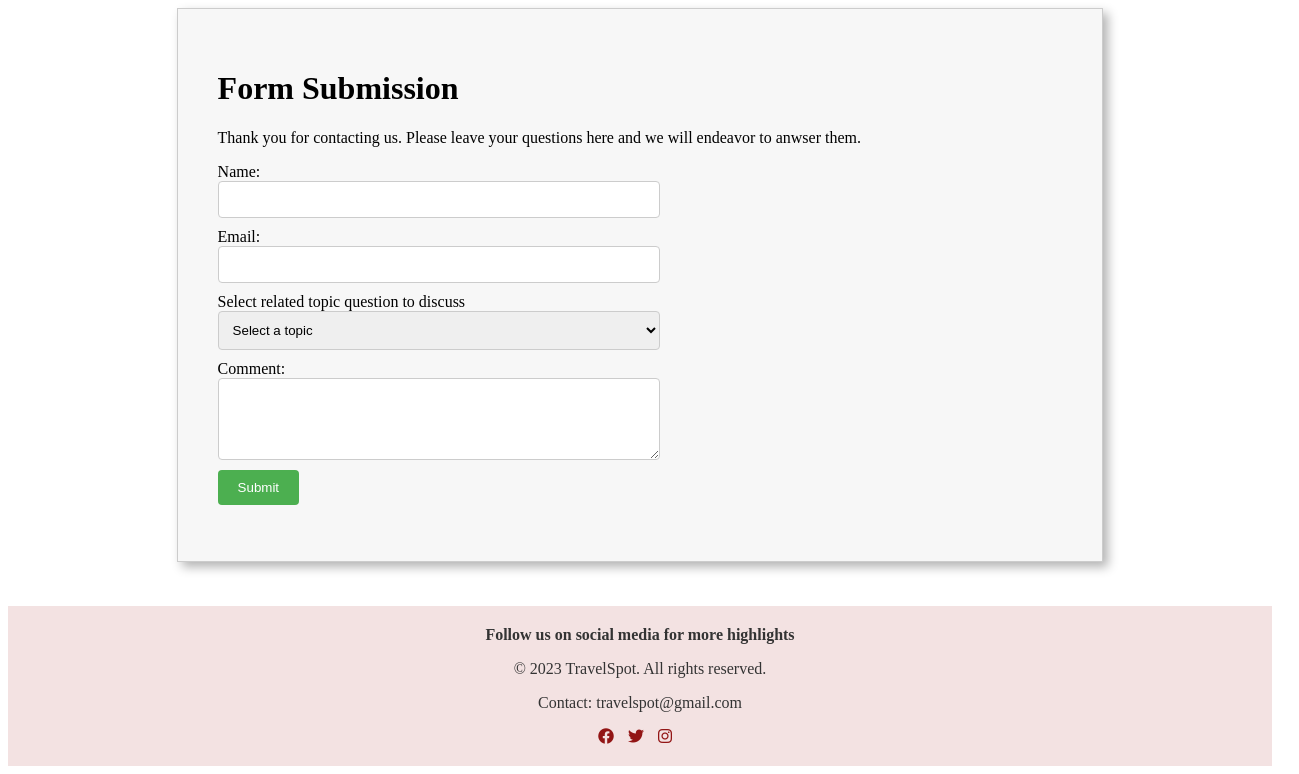
Repository: vRia4/INST728J-Victoria-Nathaniel
Page: Project/info.html
The author's editor kept a copy of each file at every save. The page is drawn from the files as they stood at one save, then again after a run of saves.
The browser window is 1280 px wide. The page is 1280 px wide, then 1299 px, so the pictures cover 1299 px, including what lies to the right of the window. The pictures show the whole page.

Above is the page before, as saved 2023-08-11 16:05:04.

### Project/info.html
<html>
	<head>
		<title>Contact Us</title>
		<link rel="stylesheet" href="https://cdnjs.cloudflare.com/ajax/libs/font-awesome/6.0.0-beta3/css/all.min.css">
    	<script type = "text/javascript">

			function validate() {

				if( document.myForm.flName.value == "" ) {
					alert( "Please provide your first name!" );
					document.myForm.flName.focus() ;
					return false;
				}
				if( document.myForm.Email.value == "" ) {
					alert( "Please provide your Email!" );
					document.myForm.Email.focus() ;
					return false;
				}
				if( document.myForm.topic.value == "-1" ) {
					alert( "Please provide your country!" );
					return false;
				}
				return( true );
                if( document.myForm.comment.value == "" ) {
					alert( "Please provide your comment!" );
					document.myForm.comment.focus() ;
					return false;
				}
			}
		</script>
		<style>
			/* html{
				background-image: url(image/sub.png);
				background-size: cover;
				background-repeat: no-repeat;
				height: 100vh;
			} */
			/* h1, .text1, th, td, table {
				margin-top: 20px;
				padding : 10px;
				margin-left: 15%;
			} */

			h2{
				font-family: "Helvetica Neue",Helvetica,Arial;
				font-size: 14px;
			}

			/* footer {
					background-color: #f3e2e2;
					padding: 20px;
					text-align: center;
					color: #333;
					font-size: 14px;
					margin-top: 20.5%;
					width: 100%;
					margin-right: 20%;
					padding-right: 0px;
				}

			/*footer .icons {
				margin-top: 0%;
			} */

            footer{
                background-color: #f3e2e2;
                max-width: 100%;
                padding-left: 1%;
            }

			footer .icons a {
				color: #921515;
				margin-right: 10px;
			}

            .wrapper{
            width: 70%;
            margin: 0 auto;
            padding: 20px;
            border: 1px solid #ccc;
            background-color: #f7f7f7;
            box-shadow: 5px 5px 10px rgba(0, 0, 0, 0.3);
            }
            .form-container {
            width: 100%;
            margin-left: auto;
            padding: 20px;
            /* border: 1px solid #ccc;
            background-color: #f7f7f7;
            box-shadow: 5px 5px 10px rgba(0, 0, 0, 0.3); */
        }

        /* Styles for input fields */
        .form-input {
            width: 50%;
            padding: 10px;
            margin-bottom: 10px;
            border: 1px solid #ccc;
            border-radius: 4px;
        }

        /* Style the submit button */
        .form-submit {
            background-color: #4CAF50;
            color: white;
            padding: 10px 20px;
            border: none;
            border-radius: 4px;
            cursor: pointer;
        }

        /* Style the submit button on hover */
        .form-submit:hover {
            background-color: #45a049;
        }
		</style>
   </head>

   <body >
    <div class="wrapper">
		<div class="form-container">
            <h1>Form Submission</h1>
            <p class="text1">Thank you for contacting us. Please leave your questions here and we will endeavor to anwser them.</p>

            <form action = "welcome.html" name = "myForm" onsubmit = "return(validate());">
                <label for="name">Name:</label><br>
                <input type="text" id="name" name="flName" class="form-input" required><br>

                <label for="email">Email:</label><br>
                <input type="email" id="email" name="Email" class="form-input" required><br>

                <label for="message">Select related topic question to discuss</label><br>
                <select name = "topic" class="form-input">
                    <option value = "-1" selected>Select a topic</option>
                    <option value = "1">Australia</option>
                    <option value = "2">Canada</option>
                    <option value = "3">France</option>
                    <option value = "4">Germany</option>
                    <option value = "5">Georgia</option>
                    <option value = "6">Mexico</option>
                    <option value = "7">Spain</option>
                    <option value = "8">UK</option>
                    <option value = "9">USA</option>
                </select><br>

                <label for="message">Comment:</label><br>
                <textarea id="message" name="comment" class="form-input" rows="4" required></textarea><br>

                <input type="submit" value="Submit" class="form-submit">
            </form>
        </div>
    </div>
		<footer align="center" style="margin-top: 3.5%; padding: 20px; color: #333;">
			<div><strong>Follow us on social media for more highlights</strong></div>
			<p>&copy; 2023 TravelSpot. All rights reserved.</p>
			<p>Contact: travelspot@gmail.com</p>

			<div class="icons">
				<a href="https://www.facebook.com" title="Facebook"><i class="fab fa-facebook"></i></a>
				<a href="https://www.twitter.com" title="Twitter"><i class="fab fa-twitter"></i></a>
				<a href="https://www.instagram.com" title="Instagram"><i class="fab fa-instagram"></i></a>
			</div>
		</footer>
   	</body>
</html>

After the next 3 saves:
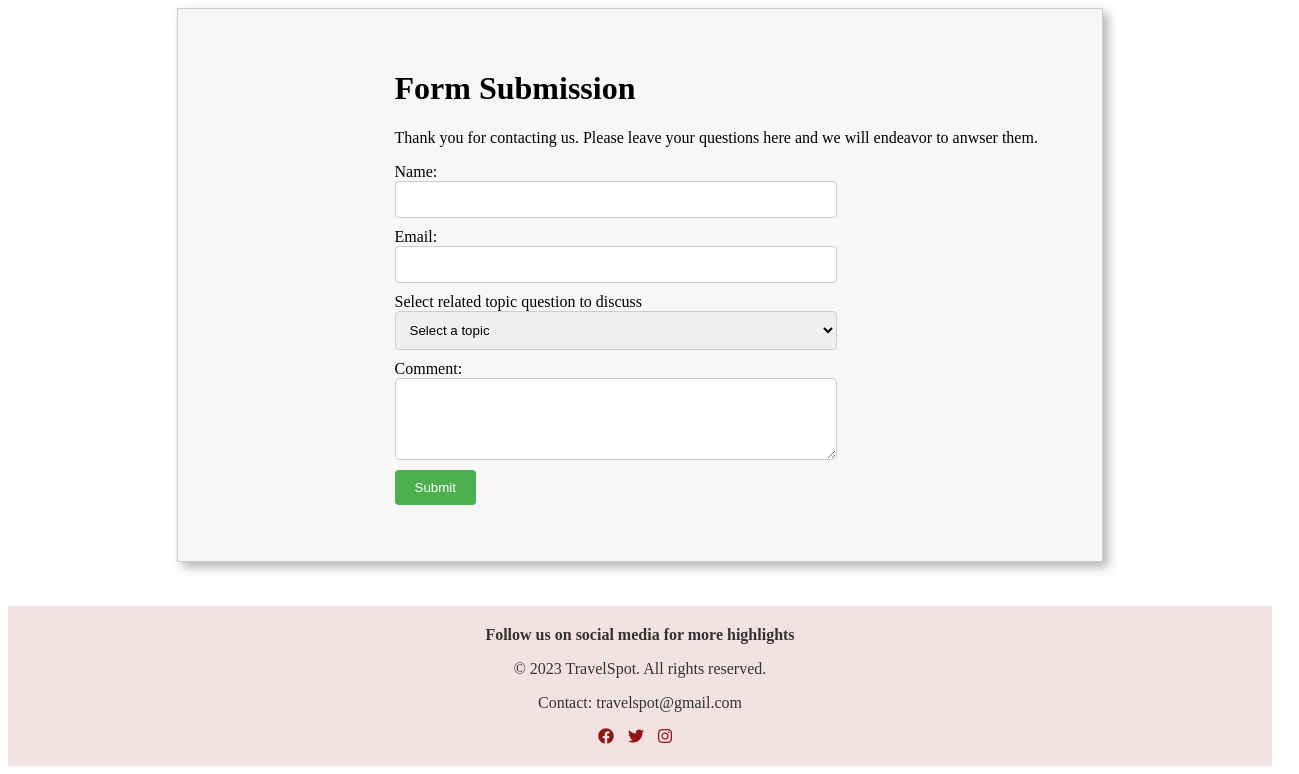
The 3 saves are shown as one change because they came seconds apart.
The last was saved 15 s later.
--- a/Project/info.html
+++ b/Project/info.html
@@ -83,7 +83,7 @@
             }
             .form-container {
             width: 100%;
-            margin-left: auto;
+            margin-left: 20%;
             padding: 20px;
             /* border: 1px solid #ccc;
             background-color: #f7f7f7;
